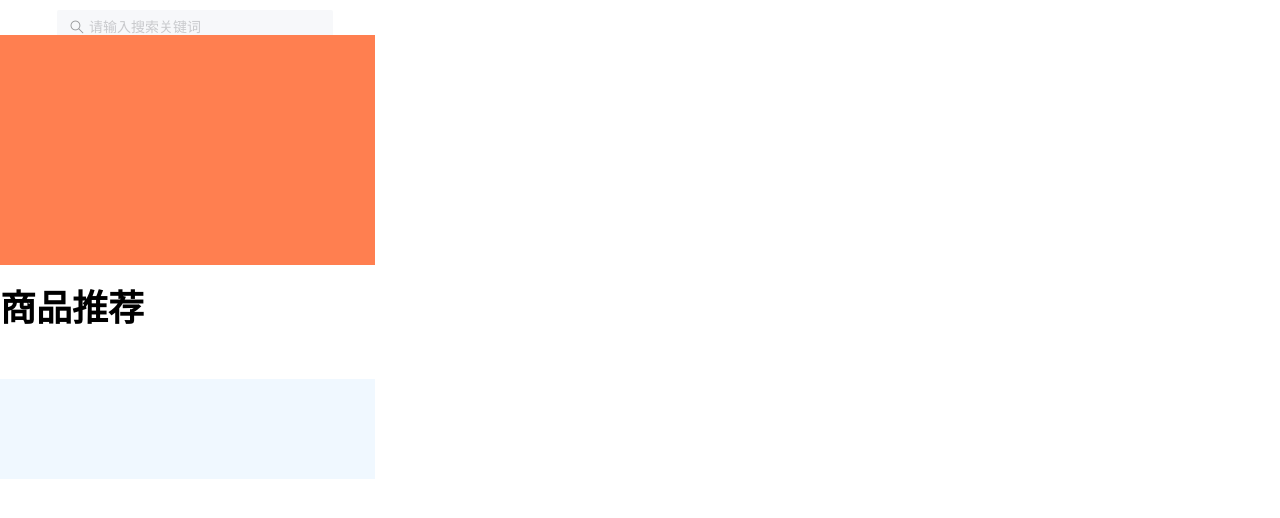
Repository: liyang777777/shangcheng
Page: /
The author's editor kept a copy of each file at every save. The page is drawn from the files as they stood at one save, then again after the next save.
The browser window is 1280 px wide. The pictures show the whole page.
The page's requests for data from a server got no answer. The project was rebuilt for these pictures with package versions that can differ from the ones it lists, and the page was loaded fresh each time. No one was signed in, and anything a server would have sent is missing. Also part of the build but not shown: vue.config.js. Imported but missing from the stored project, and not drawn on this page: src/views/About.

Above is the page before, as saved 2020-06-23 12:00:09.

After the next save:
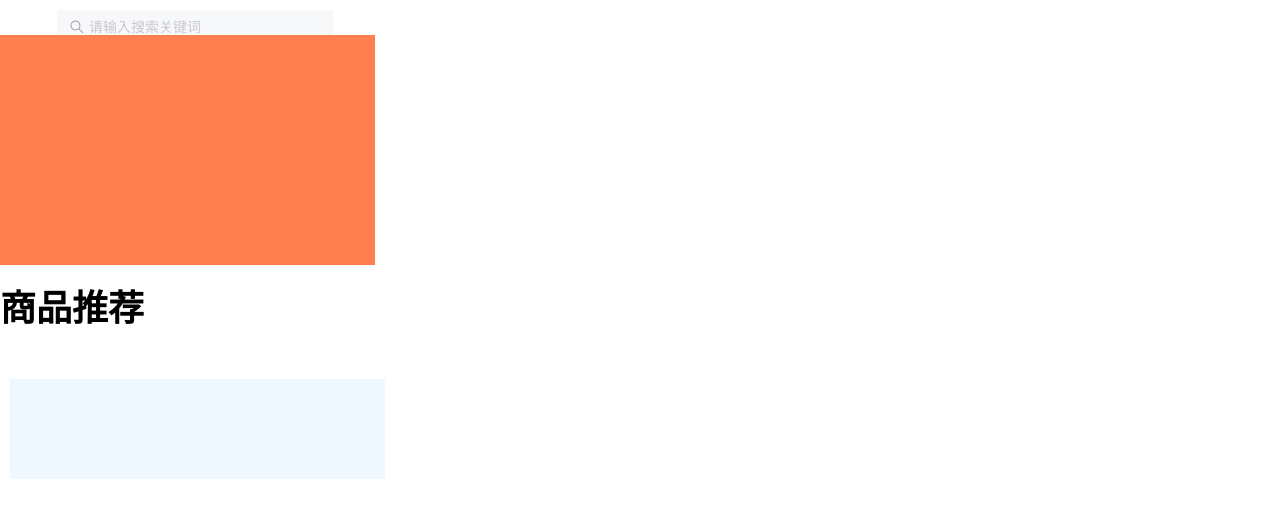
Saved 99 min 59 s later.
--- a/src/components/Prre.vue
+++ b/src/components/Prre.vue
@@ -48,7 +48,7 @@ export default {
   width: 375px;
   height: 100px;
   display: flex;
-  margin-left: 0px;
+  margin-left: 10px;
   background: aliceblue;
 }
 </style>
